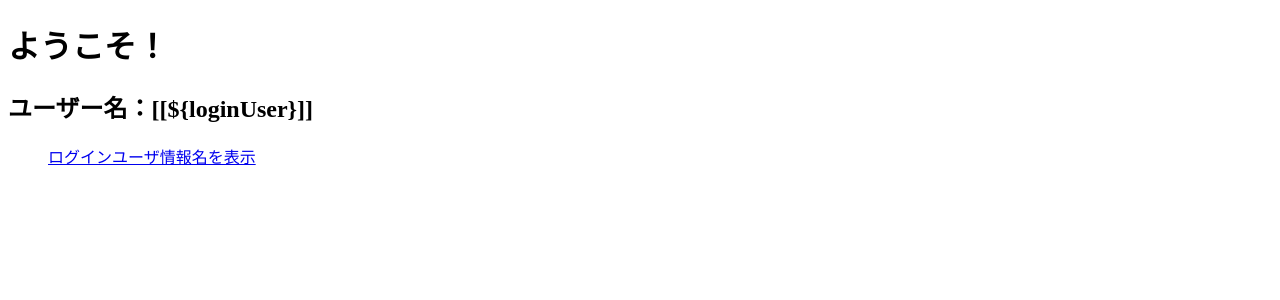
Repository: e1b21074/field_arena
Page: .log/field_arena/src/main/resources/templates/gamearea.html
The author's editor kept a copy of each file at every save. The page is drawn from the files as they stood at one save, then again after the next save.
The browser window is 1280 px wide. The pictures show the whole page.

Above is the page before, as saved 2023-11-03 20:12:53.

After the next save:
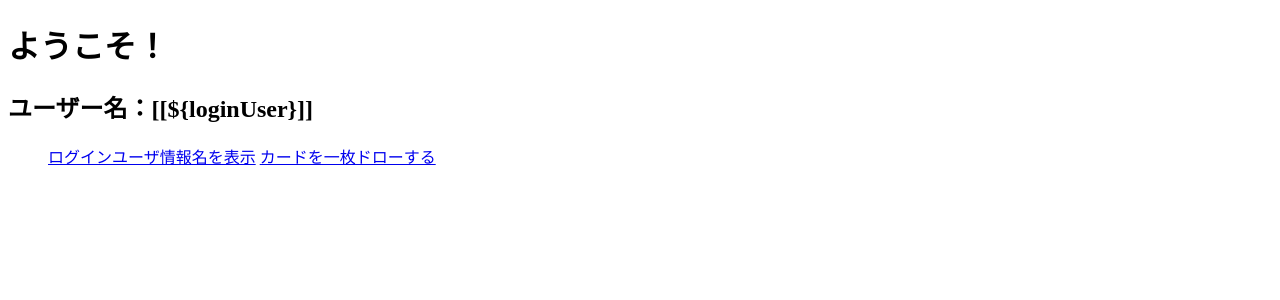
Saved 17 min 30 s later.
--- a/.log/field_arena/src/main/resources/templates/gamearea.html
+++ b/.log/field_arena/src/main/resources/templates/gamearea.html
@@ -10,6 +10,7 @@
     <h2>ユーザー名：[[${loginUser}]]</h2>
     <ul>
         <a href="logininfo">ログインユーザ情報名を表示</a>
+        <a href="drawcard">カードを一枚ドローする</a>
     </ul>
 </body>
 </html>
